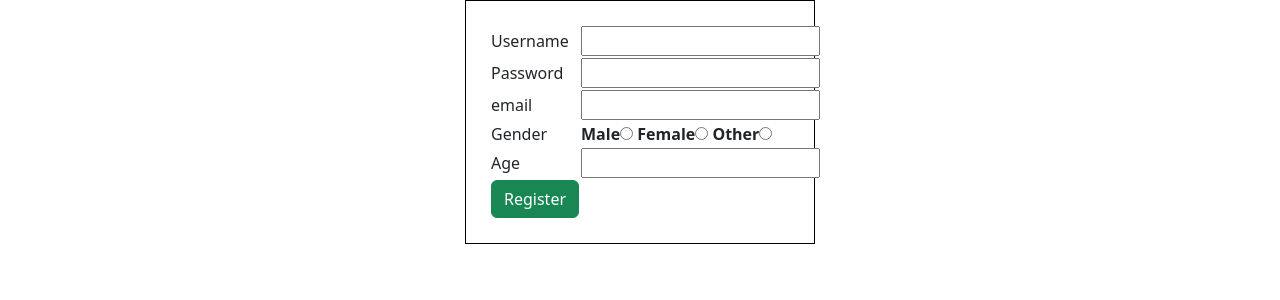
Repository: devAyush2025/JSP_TUT
Page: myapp/src/main/webapp/register.html
These files come from the project's save history. The page is drawn as it stood at one moment and after the next save; the edit follows.
The browser window is 1280 px wide. The pictures show the whole page.

Above is the page before, as saved 2024-11-21 11:58:38.

After the next save:
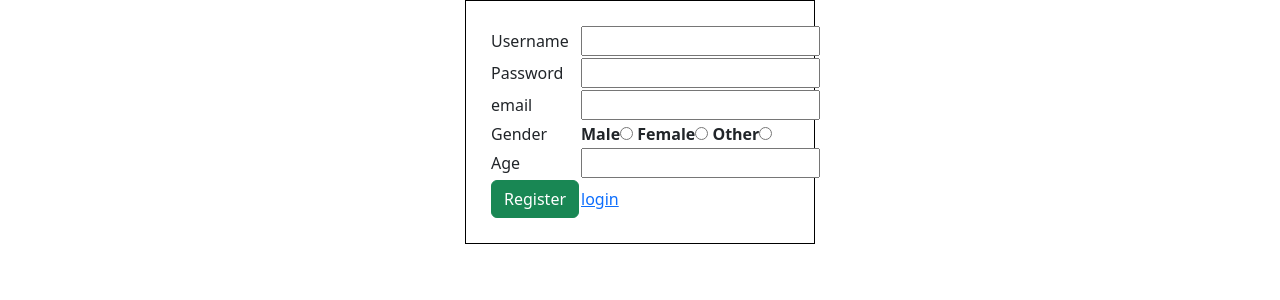
Saved 2 min 13 s later.
--- a/myapp/src/main/webapp/register.html
+++ b/myapp/src/main/webapp/register.html
@@ -38,6 +38,7 @@
 
         <tr>
           <td><button class="btn btn-success" value="Register" type="submit">Register</button></td>
+            <td><a type="submit" href="login.html" value="Login">login</a></td>
         </tr>
       </table>
     </form>
